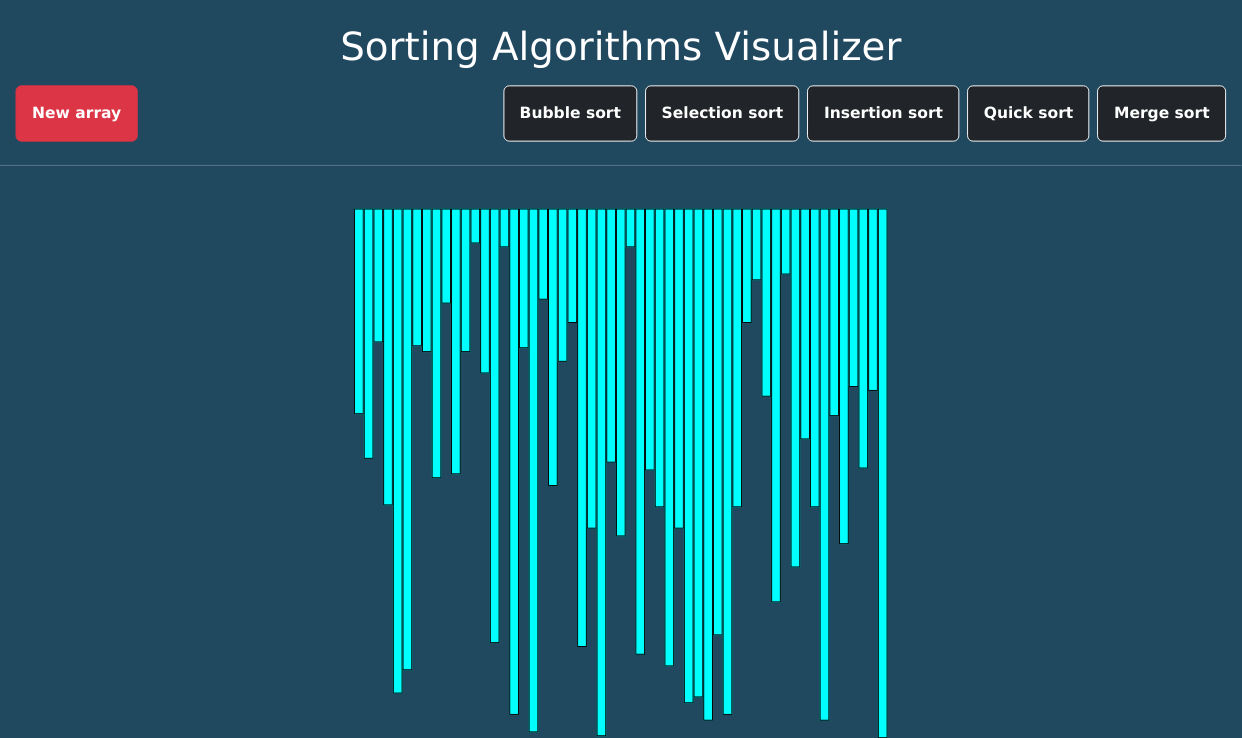
Repository: Vasil1001/Sorting-Algorithms-Visualizer-js
Page: views/index.html
The author's editor kept a copy of each file at every save. The page is drawn from the files as they stood at one save, then again after the next save.
The browser window is 1280 px wide. The pictures show the whole page, at 97% of full size.

Above is the page before, as saved 2022-11-03 18:06:56.

After the next save:
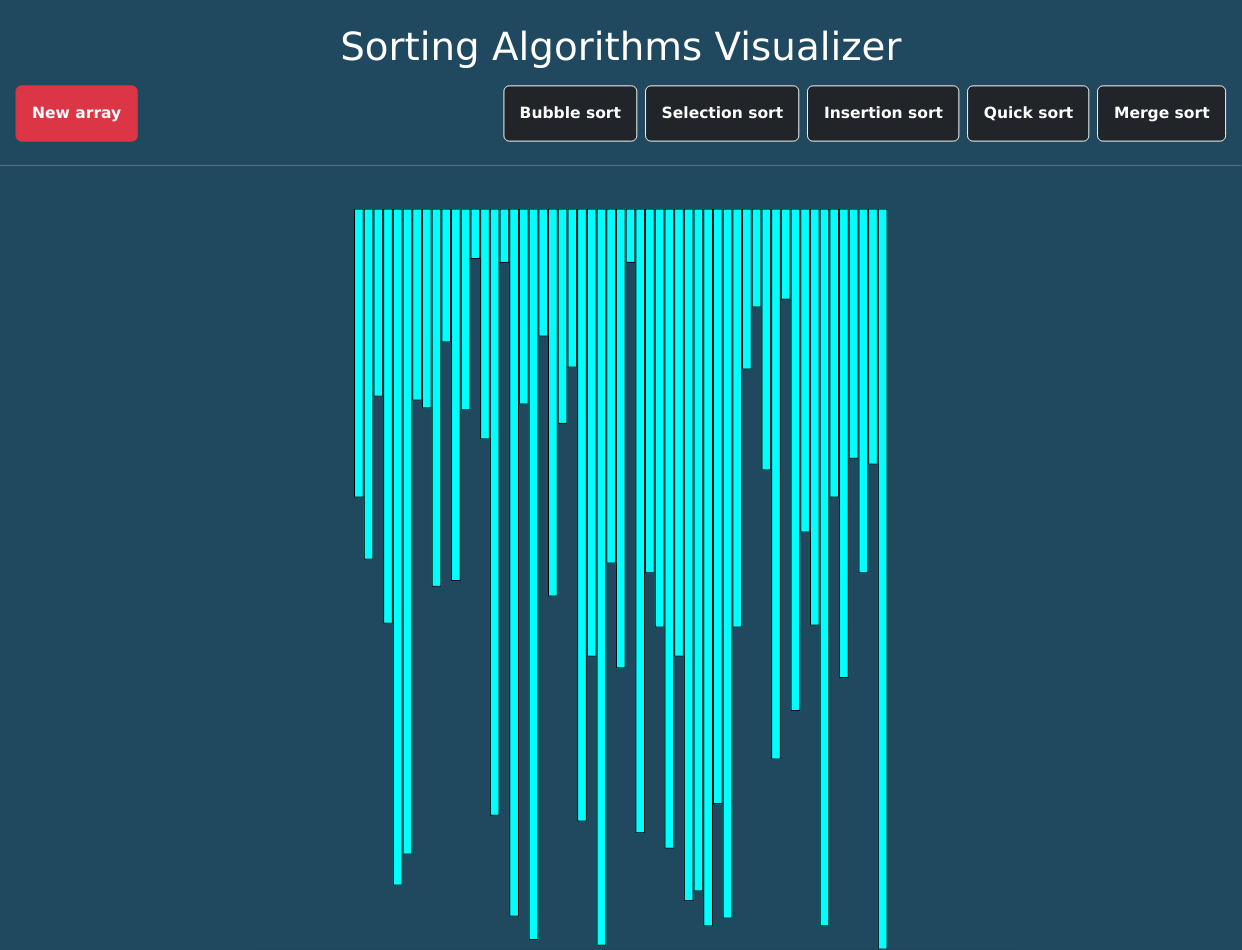
Saved 4 s later.
--- a/sort_algos_js_files/index.js
+++ b/sort_algos_js_files/index.js
@@ -14,7 +14,7 @@ function createBarArray() {
 
     // get a random number and add it to the array until there are 100 in array
     for (numberOfBars = 0; numberOfBars < l; numberOfBars++) {
-        random_array_100.push(Math.round(Math.random() * l * 5));
+        random_array_100.push(Math.round(Math.random() * l * 7));
     }
     // print 100 random numbers of the array
     console.log(random_array_100);
